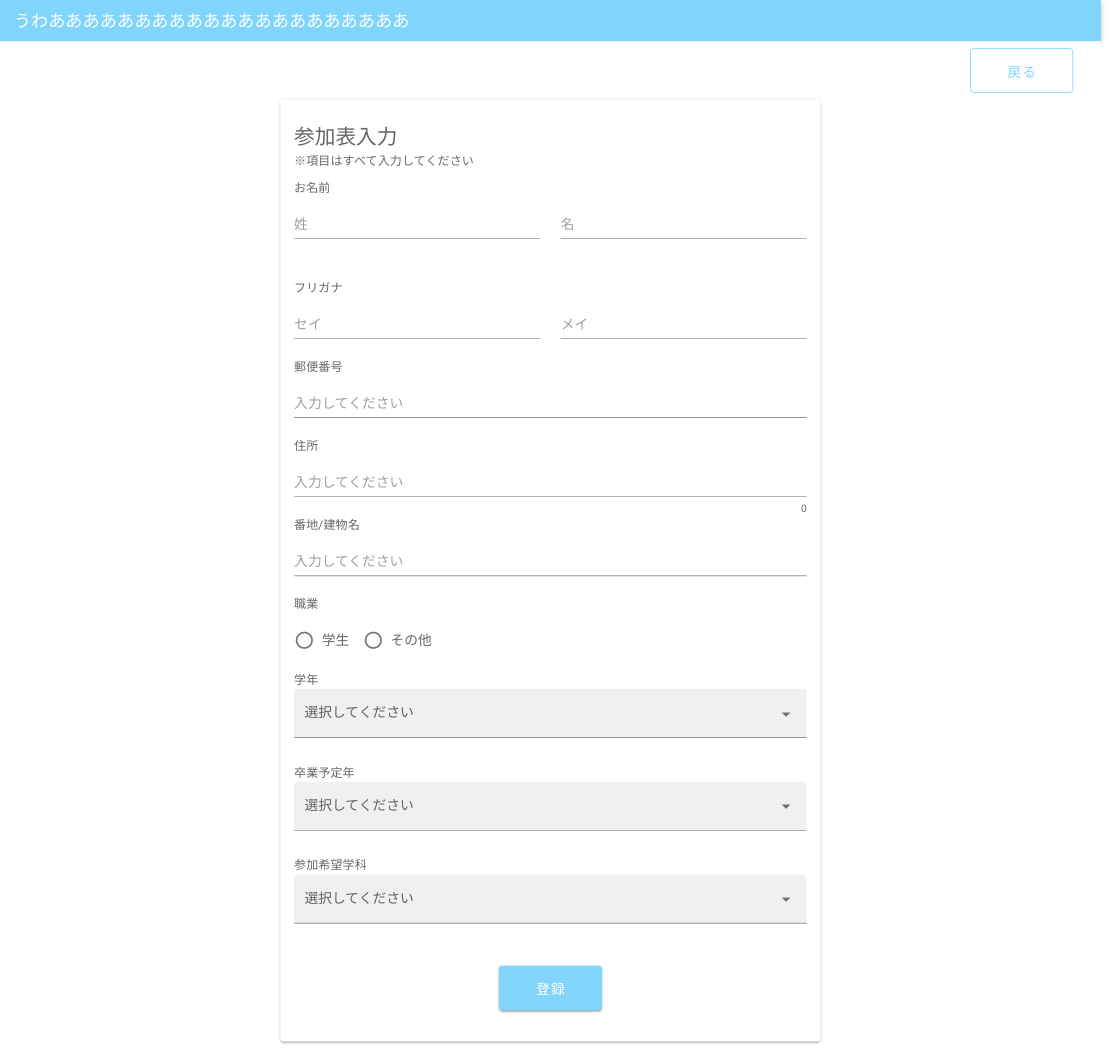
Repository: taniwhy/open-campus-system
Page: /#/register (app in client_view/)
The author's editor kept a copy of each file at every save. The page is drawn from the files as they stood at one save, then again after the next save.
The browser window is 1280 px wide. The page is 1292 px wide, so the pictures cover 1292 px, including what lies to the right of the window. The pictures show the whole page, at 86% of full size.
The project was rebuilt for these pictures with package versions that can differ from the ones it lists, and the page was loaded fresh each time. Also part of the build but not shown: client_view/vue.config.js, client_view/src/components/Home.vue, client_view/src/components/Login.vue, client_view/src/components/Branch.vue.

Above is the page before, as saved 2019-11-28 12:28:36.

### client_view/public/index.html
<!DOCTYPE html>
<html lang="en">
  <head>
    <meta charset="utf-8">
    <meta http-equiv="X-UA-Compatible" content="IE=edge">
    <meta name="viewport" content="width=device-width,initial-scale=1.0">
    <link rel="icon" href="<%= BASE_URL %>favicon.ico">
    <title>client_view</title>
    <link rel="stylesheet" href="https://fonts.googleapis.com/css?family=Roboto:100,300,400,500,700,900">
    <link rel="stylesheet" href="https://cdn.jsdelivr.net/npm/@mdi/font@latest/css/materialdesignicons.min.css">
  </head>
  <body>
    <noscript>
      <strong>We're sorry but client_view doesn't work properly without JavaScript enabled. Please enable it to continue.</strong>
    </noscript>
    <div id="app"></div>
    <!-- built files will be auto injected -->
  </body>
</html>

### client_view/src/main.js
import Vue from 'vue'
import App from './App.vue'
import router from './router'
import store from './store'
import vuetify from './plugins/vuetify';

Vue.config.productionTip = false

new Vue({
    router,
    store,
    vuetify,
    render: h => h(App)
}).$mount('#app')

### client_view/src/App.vue
<template>
  <v-app>
    <div>
      <v-app-bar color="light-blue lighten-3" dense dark>

        <v-toolbar-title>うわあああああああああああああああああああああ</v-toolbar-title>

      </v-app-bar>
    </div>
    <v-content>
      <router-view></router-view>
    </v-content>
  </v-app>
</template>

<script>
export default {
  name: "App",

  components: {},

  data: () => ({
    //
  })
};
</script>

### client_view/src/router/index.js
import Vue from 'vue'
import VueRouter from 'vue-router'
import Home from '../components/Home.vue'
import Login from '../components/Login.vue'
import Branch from '../components/Branch.vue'
import Register from '../components/Register.vue'

Vue.use(VueRouter)

const routes = [{
        path: '/',
        name: 'home',
        component: Home
    },
    {
        path: '/login',
        name: 'login',
        component: Login
    },
    {
        path: '/branch',
        name: 'branch',
        component: Branch
    },
    {
        path: '/register',
        name: 'register',
        component: Register
    },
]

const router = new VueRouter({
    routes
})

export default router

### client_view/src/components/Register.vue
<template>
  <v-app>
    <v-container fluid>
      <v-row>
        <v-col>
          <v-row align="center" justify="end" style="width: 100%;">
            <v-btn
              x-large
              flat
              to="/Branch"
              class="ma-2"
              outlined
              color="light-blue lighten-3"
              width="120px"
            >戻る</v-btn>
          </v-row>
        </v-col>
      </v-row>
    </v-container>

    <v-row justify="center">
      <v-col cols="12" sm="10" md="8" lg="6">
        <v-card ref="form">
          <v-card-text>
            <v-list-item-content>
              <v-list-item-title class="headline mb-1">参加表入力</v-list-item-title>
              <v-list-item-subtitle>※項目はすべて入力してください</v-list-item-subtitle>
            </v-list-item-content>
            <v-row>
              <v-col>
                お名前
                <v-text-field
                  ref="name"
                  v-model="name"
                  :rules="[
              () => !!name || '※入力されていません',
              () => !!name && name.length <= 15 || '※15文字以内で入力してください',
              ]"
                  :error-messages="errorMessages"
                  placeholder="姓"
                  required
                  width="100px"
                ></v-text-field>
              </v-col>
              <v-col>
                <br />
                <v-text-field
                  ref="name"
                  v-model="name"
                  :rules="[
              () => !!name || '※入力されていません',
              () => !!name && name.length <= 15 || '※15文字以内で入力してください',
              ]"
                  :error-messages="errorMessages"
                  placeholder="名"
                  required
                ></v-text-field>
              </v-col>
            </v-row>
            <v-row>
              <v-col>
                フリガナ
                <v-text-field
                  ref="name"
                  v-model="name"
                  :rules="[
              () => !!name || '※入力されていません',
              () => !!name && name.length <= 15 || '※15文字以内で入力してください',
              ]"
                  :error-messages="errorMessages"
                  placeholder="セイ"
                  required
                ></v-text-field>
              </v-col>
              <v-col>
                <br />
                <v-text-field
                  ref="name"
                  v-model="name"
                  :rules="[
              () => !!name || '※入力されていません',
              () => !!name && name.length <= 15 || '※15文字以内で入力してください',
              ]"
                  :error-messages="errorMessages"
                  placeholder="メイ"
                  required
                ></v-text-field>
              </v-col>
            </v-row>郵便番号
            <v-text-field
              v-model="post"
              :rules="[
              () => !!post || '※入力されていません',
              () => post.match(/^\d+$/) || '半角数字のみを入力してください',
              () => post.length == 7 || '※7桁で入力してください',
              ]"
              required
              placeholder="入力してください"
            ></v-text-field>住所
            <v-text-field
              v-model="address"
              :rules="[
              () => !!address || '※入力されていません',
              () => !!address && address.length <= 32 || '※32文字以内で入力してください',
            ]"
              placeholder="入力してください"
              counter
              required
            ></v-text-field>番地/建物名
            <v-text-field
              ref="zip"
              v-model="zip"
              :rules="[
              () => !!zip || '※入力されていません',
              () => !!zip && zip.length <= 32 || '※32文字以内で入力してください',
            ]"
              required
              placeholder="入力してください"
            ></v-text-field>職業
            <v-radio-group v-model="row" row>
              <v-radio label="学生" value="radio-1" @change="student_check = !student_check"></v-radio>
              <v-radio label="その他" value="radio-2" @change="student_check = !student_check"></v-radio>
            </v-radio-group>
            <div v-if="!student_check">
              学年
              <v-select :items="gakunen_items" filled label="選択してください"></v-select>卒業予定年
              <v-select :items="yotei_items" filled label="選択してください"></v-select>
            </div>
            <div v-if="student_check">
              高校卒業済み
              <v-radio-group v-model="row" row>
              <v-radio label="はい" value="radio-1" @change="student_check = !student_check"></v-radio>
              <v-radio label="いいえ" value="radio-2" @change="student_check = !student_check"></v-radio>
            </v-radio-group>高等学校卒業程度認定試験取得済み
              <v-radio-group v-model="row" row>
              <v-radio label="はい" value="radio-1" @change="student_check = !student_check"></v-radio>
              <v-radio label="いいえ" value="radio-2" @change="student_check = !student_check"></v-radio>
            </v-radio-group>
            </div>参加希望学科
            <v-select :items="gakka_items" filled label="選択してください"></v-select>
            <v-card-actions>
              <v-col align="center" justify="start">
                <v-btn class="white--text" x-large color="light-blue lighten-3" width="120px">登録</v-btn>
              </v-col>
            </v-card-actions>
          </v-card-text>
        </v-card>
      </v-col>
    </v-row>
  </v-app>
</template>

<script>
export default {
  name: "Register",
  data: () => ({
    student_check: false,
    gakunen_items: ["1学年", "2学年", "3学年", "4学年"],
    yotei_items: ["2020年", "2021年", "2022年", "2023年"],
    gakka_items: [
      "医療福祉事務学科",
      "診療情報管理士学科",
      "ホテルブライダル学科",
      "経営アシスト学科",
      "公務員・公務員速修学科",
      "保育学科",
      "情報スペシャリスト学科",
      "情報システム学科",
      "ゲームクリエイター・ゲームプログラマー学科",
      "データマーケター学科",
      "ネット動画クリエイター学科",
      "CGデザイン学科"
    ]
  })
};
</script>

Loaded but not shown: client_view/src/store/index.js (common file); client_view/src/plugins/vuetify.js (common file)

After the next save:
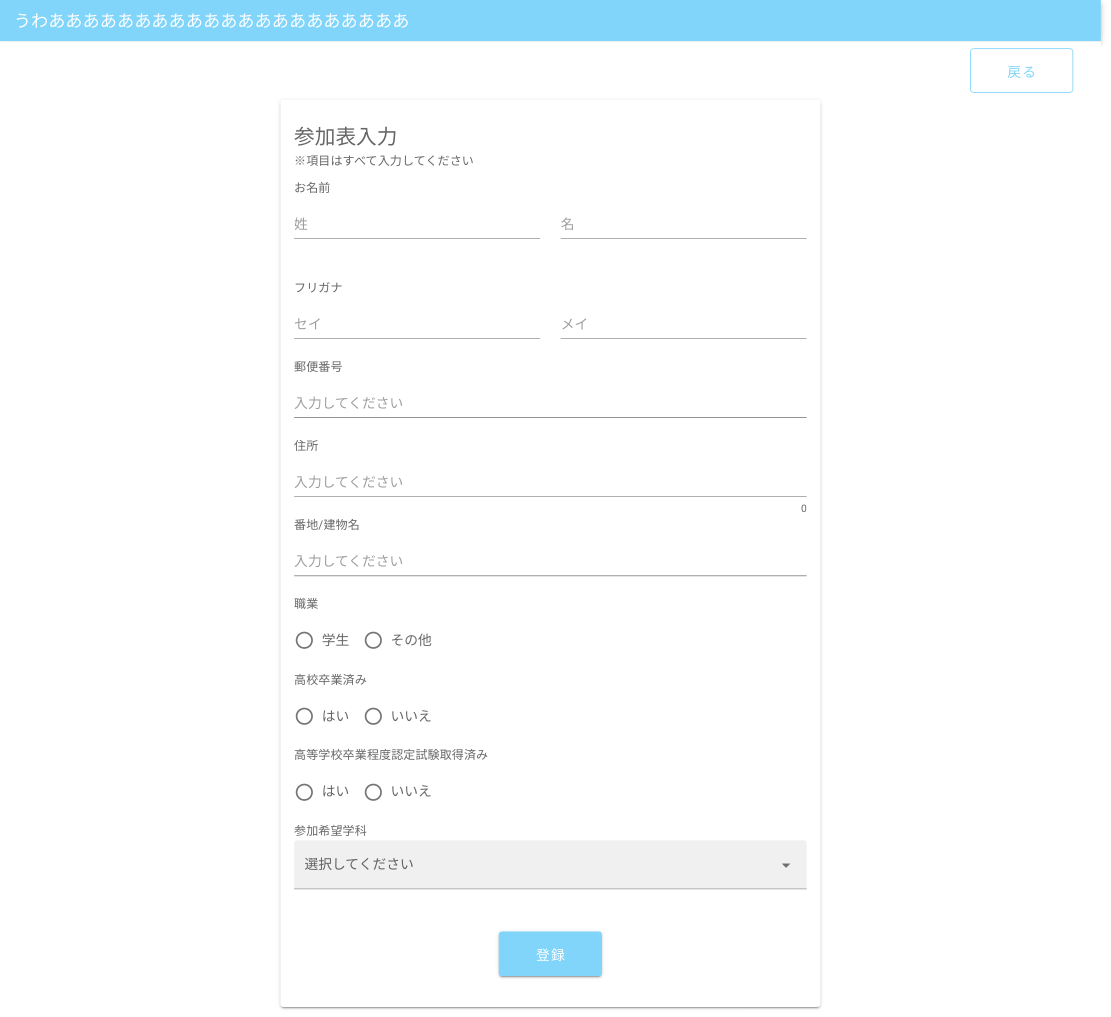
Saved 40 s later.
--- a/client_view/src/components/Register.vue
+++ b/client_view/src/components/Register.vue
@@ -154,7 +154,7 @@
 export default {
   name: "Register",
   data: () => ({
-    student_check: false,
+    student_check: true,
     gakunen_items: ["1学年", "2学年", "3学年", "4学年"],
     yotei_items: ["2020年", "2021年", "2022年", "2023年"],
     gakka_items: [

After the save that followed:
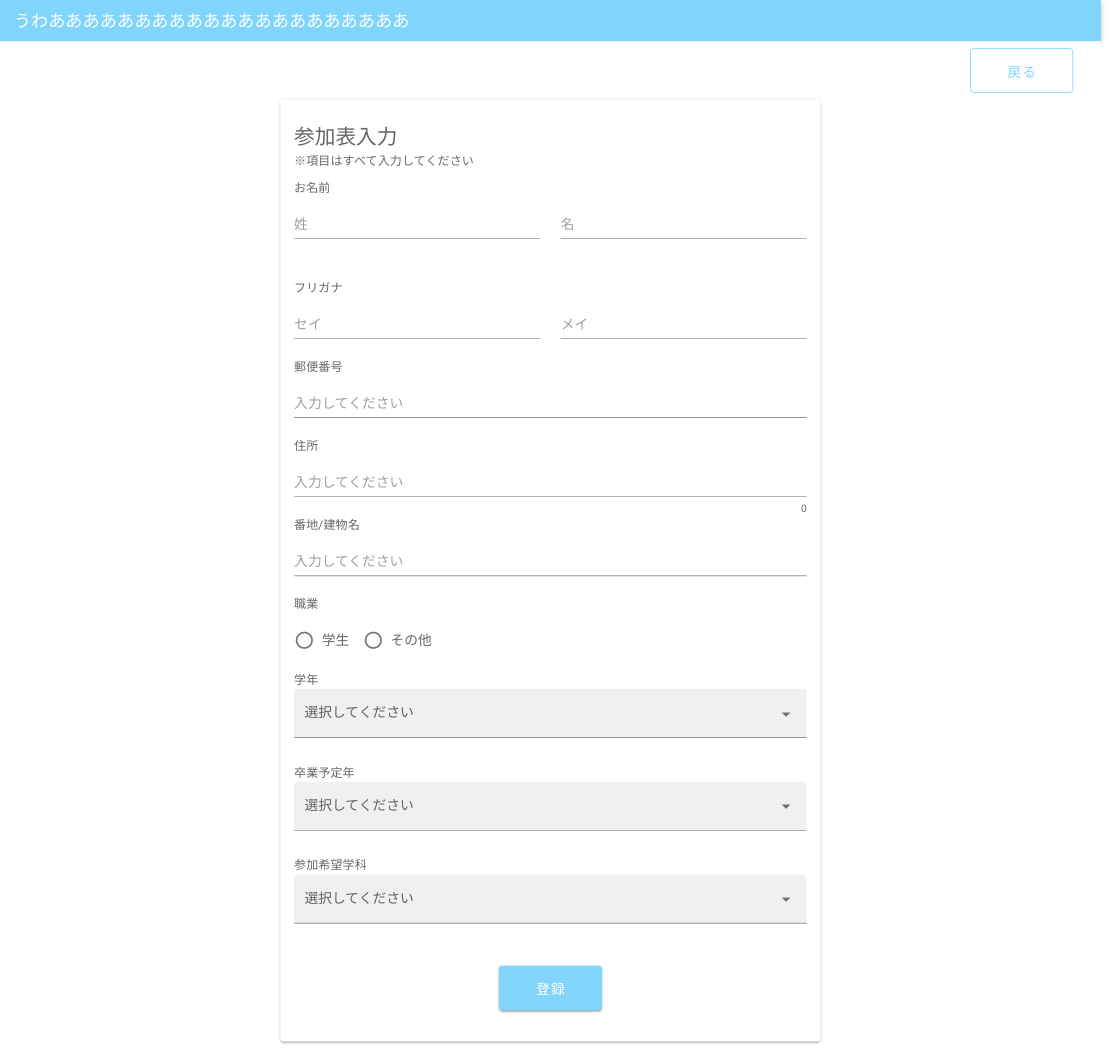
Saved 23 s later.
--- a/client_view/src/components/Register.vue
+++ b/client_view/src/components/Register.vue
@@ -121,12 +121,12 @@
               <v-radio label="学生" value="radio-1" @change="student_check = !student_check"></v-radio>
               <v-radio label="その他" value="radio-2" @change="student_check = !student_check"></v-radio>
             </v-radio-group>
-            <div v-if="!student_check">
+            <div v-if="student_check">
               学年
               <v-select :items="gakunen_items" filled label="選択してください"></v-select>卒業予定年
               <v-select :items="yotei_items" filled label="選択してください"></v-select>
             </div>
-            <div v-if="student_check">
+            <div v-if="!student_check">
               高校卒業済み
               <v-radio-group v-model="row" row>
               <v-radio label="はい" value="radio-1" @change="student_check = !student_check"></v-radio>
